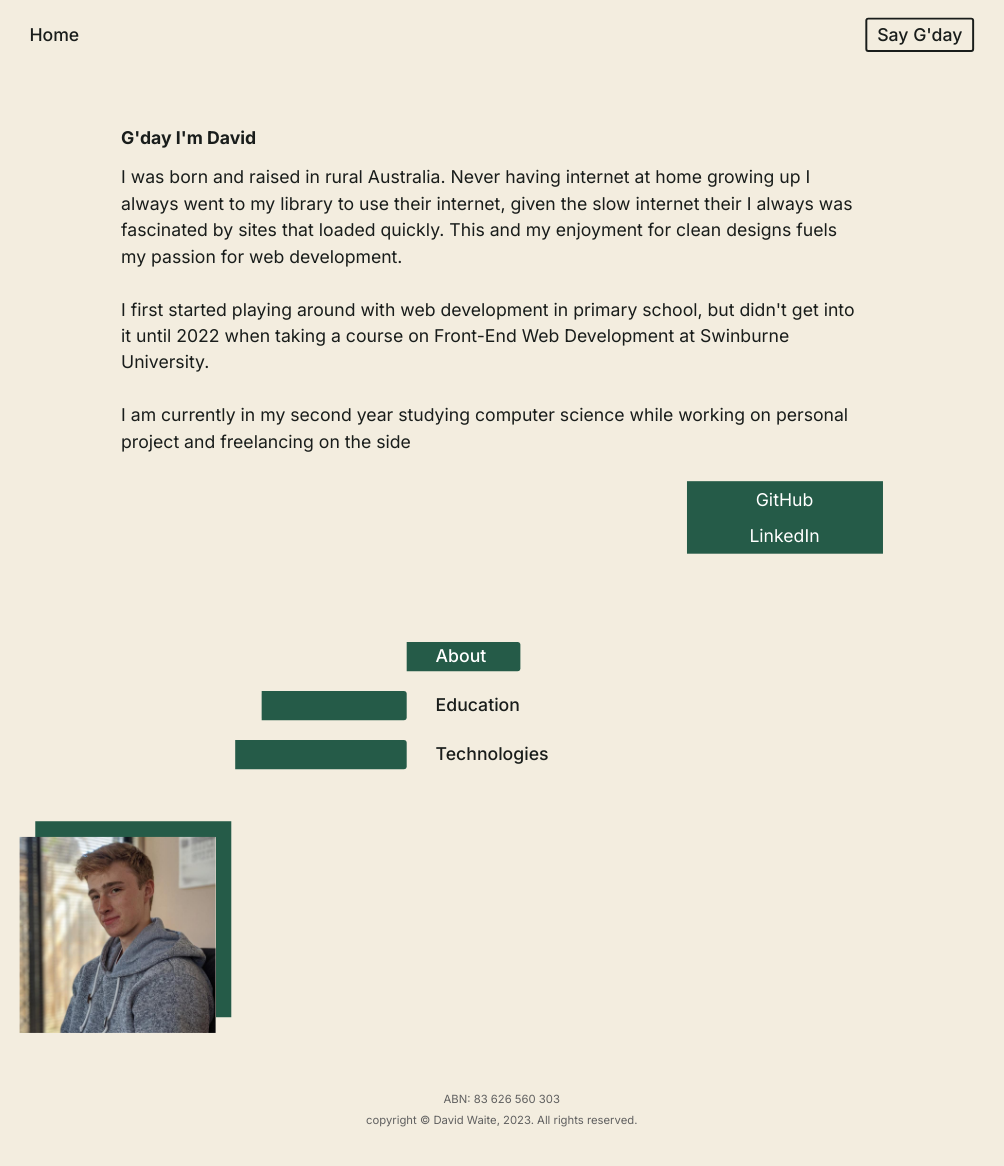
Repository: David-Waite/David-Waite-Portfolio
Page: /about
These files come from the project's save history. The page is drawn as it stood at one moment and after a run of saves; the edit follows.
The browser window is 1024 px wide. The pictures show the whole page, at 98% of full size.
The project was rebuilt for these pictures with package versions that can differ from the ones it lists, and the page was loaded fresh each time. The framework's server and built-in components were replaced by stand-ins that run in the browser. Also part of the build but not shown: next.config.js.

Above is the page before, as saved 2023-07-28 09:03:41.

### app/layout.tsx
import "./globals.css";
import type { Metadata } from "next";
import { Inter } from "next/font/google";
import NavBar from "./components/Nav/NavBar/NavBar";
import Footer from "./components/Footer/Footer";

const inter = Inter({ subsets: ["latin"] });

export const metadata: Metadata = {
  title: "David Waite | Web Developer",
  description: `David Waite. Web Developer. I like to create simple clean websites that gets the user to where they wanna go without the clutter.`,
  formatDetection: {
    telephone: false,
  },
};

export default function RootLayout({
  children,
}: {
  children: React.ReactNode;
}) {
  return (
    <html lang="en">
      <body className={inter.className}>
        <NavBar />
        <div className="content">{children}</div>

        <Footer />
      </body>
    </html>
  );
}

### app/about/page.tsx
import AboutMain from "../components/About/AboutMain";

import { Metadata, NextPage } from "next/types";

export const metadata: Metadata = {
  title: "David Waite | About ",
};

export default function About() {
  return (
    <div>
      <AboutMain />
    </div>
  );
}

### app/contact/send/route.ts
import mail from "@sendgrid/mail";
import { NextResponse } from "next/server";

// Create an api key in sendgrid and store someplace safe
mail.setApiKey(process.env.SENDGRID_API_KEY || "");

type ResponseData = {
  status?: string;
  message?: string;
};

export async function POST(request: Request) {
  let response: ResponseData = {};
  const body = await request.json();
  // I know the formData I sent in my request has name, email, and message fields so I'm just manually grabbing them to format a message
  const message = `
    Name: ${body.name}\r\n
    Email: ${body.email}\r\n
    Message: ${body.message}

  `;
  const data = {
    to: "davidwaite122@gmail.com",
    from: "davidwaiteportfolio@zohomail.com.au",
    subject: "Contact Message via Sendgrid",
    text: message,
    html: message.replace(/\r\n/g, "<br>"),
  };

  // Send the data and create a response object. I'm using status and message to display a success or fail notification in the UI
  await mail
    .send(data)
    .then(() => {
      response = {
        status: "success",
        message: "Your message was sent. I'll be in contact shortly.",
      };
    })
    .catch((error) => {
      response = {
        status: "error",
        message: `Message failed to send with error, ${error}`,
      };
    });

  return NextResponse.json(response);
}

### app/globals.css
:root {
  --primary: #255b48;
  --black: #191d1b;
  --background: #f3eddf;
  --white: #ffffff;
  --grey: #606060;
  --error: #a83c23;
}

.paragraph {
  font-size: 18px;
  font-style: normal;
  font-weight: 400;
  line-height: 25.2px;
  color: var(--black);
}

body {
  background-color: var(--background);
  min-height: 100vh;
  display: flex;
  flex-direction: column;
}

.content {
  min-height: calc(100vh - 186px);
}
* {
  padding: 0;
  margin: 0;
  box-sizing: border-box;
}

### app/components/Nav/NavBar/NavBar.tsx
"use client";
import NavButton from "../NavButton/NavButton";
import styles from "./navBar.module.css";
import { usePathname } from "next/navigation";

import Link from "next/link";

export default function NavBar() {
  const currentRoute = usePathname();

  return (
    <nav className={styles.container}>
      <Link
        className={styles.link}
        href={`./${currentRoute === "/" ? "about" : "/"}`}
      >
        {currentRoute === "/" ? "About" : "Home"}
      </Link>

      {currentRoute !== "/contact" && <NavButton />}
    </nav>
  );
}

### app/components/Footer/Footer.tsx
import styles from "./footer.module.css";

export default function Footer() {
  return (
    <footer className={styles.main}>
      <p>ABN: 83 626 560 303</p>
      <p>copyright © David Waite, 2023. All rights reserved.</p>
    </footer>
  );
}

### app/components/About/AboutMain.tsx
"use client";

import Image from "next/image";
import styles from "./About.module.css";

import { useState } from "react";
import Menu from "./Menu/Menu";

export default function AboutMain() {
  const [selected, setSelected] = useState({
    about: true,
    education: false,
    technologies: false,
  });

  function handleClick(select: string) {
    setSelected(() => {
      return {
        about: select === "about" ? true : false,
        education: select === "education" ? true : false,
        technologies: select === "technologies" ? true : false,
      };
    });
  }

  const AboutText = (
    <>
      <h1 id="aboutHeading">G&apos;day I&apos;m David</h1>
      <p className={styles.description}>
        I was born and raised in rural Australia. Never having internet at home
        growing up I always went to my library to use their internet, given the
        slow internet their I always was fascinated by sites that loaded
        quickly. This and my enjoyment for clean designs fuels my passion for
        web development.
        <br />
        <br /> I first started playing around with web development in primary
        school, but didn&apos;t get into it until 2022 when taking a course on
        Front-End Web Development at Swinburne University.
        <br />
        <br /> I am currently in my second year studying computer science while
        working on personal project and freelancing on the side
      </p>
    </>
  );

  const EducationText = (
    <>
      <h1 id="aboutHeading">My Education</h1>
      <ul className={`${styles.description} ${styles.descriptionList} `}>
        <li>
          CT50220 Dimploma of Information Technology (Front End Web Development)
          | 2022
        </li>
        <li>BA-CS Bachelor of Computer Science | 2023 - current</li>
        <li>Front end developer career path (72hrs) | Scrimba (online)</li>
        <li>
          React Native - The Practical Guide 2022 (26hrs) | Udemy (online)
        </li>
        <li>
          C# Basics for Beginners: Learn C# Fundamentals by Coding (6hrs) |
          Udemy (online)
        </li>
        <li>
          C# Intermediate: Classes, Interfaces and OOP (6hrs) | Udemy (online)
        </li>
      </ul>
    </>
  );
  const TechnologiesText = (
    <>
      <h1 id="aboutHeading">What I&apos;m confortable with</h1>
      <ul className={`${styles.description} ${styles.descriptionList} `}>
        <li>HTML</li>
        <li>CSS</li>
        <li>Next.Js</li>
        <li>Contentful</li>
        <li>React.Js</li>
        <li>JavaScript</li>
        <li>C#</li>
      </ul>
    </>
  );

  let textContent;

  if (selected.about) {
    textContent = AboutText;
  }
  if (selected.technologies) {
    textContent = TechnologiesText;
  }
  if (selected.education) {
    textContent = EducationText;
  }
  return (
    <main className={styles.container}>
      <Menu selected={selected} onClick={handleClick} mobile={false} />
      <div className={styles.content}>
        <div className={styles.textContainer}>
          <div className={styles.paragraphContainer}>{textContent}</div>
          <div className={`${styles.desktopLink} ${styles.links}`}>
            <a href="https://github.com/David-Waite" target="_blank">
              GitHub
            </a>
            <a href="www.linkedin.com/in/davidwaitedev" target="_blank">
              LinkedIn
            </a>
            {/* <a href="https://www.instagram.com/david__waite/" target="_blank">
              Instagram
            </a> */}
          </div>
        </div>
        <div className={styles.moblieLinkContainer}>
          <Menu selected={selected} onClick={handleClick} mobile={true} />
          <div className={`${styles.moblieLink} ${styles.links}`}>
            <a href="https://github.com/David-Waite" target="_blank">
              GitHub
            </a>
            <a href="www.linkedin.com/in/davidwaitedev" target="_blank">
              LinkedIn
            </a>
            {/* <a href="https://www.instagram.com/david__waite/" target="_blank">
            Instagram
          </a> */}
          </div>
        </div>
        <div className={styles.imageContainer}>
          <Image
            src="/aboutMe.jpg"
            fill={true}
            alt="David"
            priority
            blurDataURL="data:[embedded picture, 1451 characters]"
            placeholder="blur"
          />
        </div>
      </div>
    </main>
  );
}

### app/components/Nav/NavButton/NavButton.tsx
import styles from "./navButton.module.css";

import Link from "next/link";

export default function NavButton() {
  return (
    <Link className={styles.container} href={"./contact"}>
      Say G&apos;day
    </Link>
  );
}

### app/components/Nav/NavBar/navBar.module.css
.container {
  display: flex;
  align-items: center;
  justify-content: space-between;
  height: 70px;
  padding: 0 30px;
}

.link {
  color: var(--black);
  text-decoration: none;
  font-size: 18px;
  font-weight: 500;
  cursor: pointer !important;
}

.link:hover {
  color: var(--grey);
}

@media (max-width: 768px) {
  .container {
    padding: 0 20px;
  }
}
@media (max-width: 425px) {
  .link {
    font-size: 16px;
  }
}

### app/components/Footer/footer.module.css
.main {
  text-align: center;
  margin-top: 40px;
  margin-bottom: 40px;
  font-size: 11.52px;
  color: var(--grey);
  display: flex;
  flex-direction: column;
  gap: 8px;
}

### app/components/About/About.module.css
.container {
  display: flex;
  height: calc(100vh - 70px);
  width: 100%;
  align-items: center;
  justify-content: center;
}

.content {
  position: relative;
  display: flex;
  align-items: center;
  gap: 200px;
}
.imageContainer {
  position: relative;
  width: 440px;
  height: 440px;
  box-shadow: var(--primary) 16px -16px 0px 0px;
}

.descriptionList {
  margin-left: 32px;
  margin-right: -32px;
}
.content h1 {
  color: var(--black);
  font-size: 18px;
  font-weight: 700;
  margin-bottom: 16px;
}
.description {
  color: var(--black);
  font-size: 18px;
  font-weight: 400;
  height: 297px;
  width: 740px;

  line-height: 27px;
}

.links {
  margin-top: 24px;
  position: absolute;
  left: -56px;
  padding: 0 56px;
  background-color: var(--primary);
  display: flex;
  align-items: center;
  flex-direction: column;
}
.mobileLink {
  display: none;
}
.links a {
  cursor: pointer !important;
  color: var(--white);
  text-decoration: none;
  font-size: 18px;
  margin: 8px 0;
}

.container hr {
  width: 100%;
  display: none;
}
.links a:hover {
  color: var(--background);
}

.moblieLink {
  display: none;
}
@media (max-width: 2000px) {
  .content {
    gap: 100px;
  }
}
@media (max-width: 1850px) {
  .imageContainer {
    width: 350px;
    height: 350px;
  }
}

@media (max-width: 1750px) {
  .imageContainer {
    width: 350px;
    height: 350px;
    margin-right: -50px;
  }
}

@media (max-width: 1650px) {
  .description {
    width: 700px;
  }
}

@media (max-width: 1550px) {
  .imageContainer {
    margin-right: -100px;
    width: 300px;
    height: 300px;
  }
}

@media (max-width: 1450px) {
  .imageContainer {
    margin-right: -150px;
    width: 300px;
    height: 300px;
  }
}

@media (max-width: 1350px) {
  .content {
    gap: 50px;
  }
}
@media (max-width: 1250px) {
  .description {
    width: 625px;
  }
}

@media (max-width: 1200px) {
  .desktopLink {
  }
  .moblieLink {
    display: none;
  }
  .container {
    padding: 20px;
    margin-top: 40px;
    display: block;
    height: auto;
  }

  .description {
    margin-right: 16px;
    width: 100%;
    max-width: 761px;
    height: 300px;
  }
  .descriptionList {
    margin-left: 16px;
    margin-right: 0px;
  }
  .content {
    justify-content: space-between;
    flex-direction: column;
  }
  .imageContainer {
    min-width: 300px;
    margin-right: 0px;
    margin-top: 20px;
    width: 200px;
    height: 200px;
    min-width: 200px;
    align-self: flex-start;
  }
  .links {
    position: static;
    width: 200px;
    margin-left: auto;
  }
  .moblieLinkContainer {
    margin-top: 40px;
    display: flex;
  }
}

@media (max-width: 850px) {
  .description {
    height: 380px;
  }
}

@media (max-width: 768px) {
  .content {
    flex-direction: column-reverse;
    gap: 0px;
  }
  .imageContainer {
    align-self: center;
  }
  .description {
    height: auto;
  }
  .textContainer {
    align-self: flex-start;
  }
  .moblieLinkContainer {
    align-items: center;
    justify-content: space-between;
    width: 100vw;
    height: 134px;
    margin-bottom: 40px;
  }
  .links {
    margin: 0;
    margin-right: -20px;
    width: 100px;
  }
}

@media (max-width: 425px) {
  .links a,
  .content h1,
  .description {
    font-size: 16px;
  }
}

### app/components/About/Menu/Menu.tsx
"use client";
import styles from "./menu.module.css";

export default function Menu(props: {
  onClick: any;
  selected: any;
  mobile: boolean;
}) {
  function handleClick(select: string) {
    props.onClick(select);
  }

  const selectedBackground: any = {
    left: "0px",
  };
  const selectedP: any = {
    color: "white",
  };

  return (
    <div
      className={`${styles.menu} ${
        props.mobile === true ? styles.moblie : styles.desktop
      }`}
      id="menu"
    >
      <div
        className={`${styles.linkContainer} ${styles.about}`}
        onClick={() => handleClick("about")}
      >
        <div
          className={styles.aboutBackground}
          style={Object.assign(props.selected.about && selectedBackground)}
        ></div>
        <p style={Object.assign(props.selected.about && selectedP)}>About</p>
      </div>
      <br />
      <div
        className={`${styles.linkContainer} ${styles.education}`}
        onClick={() => handleClick("education")}
      >
        <div
          className={styles.educationBackground}
          style={Object.assign(props.selected.education && selectedBackground)}
        ></div>
        <p style={Object.assign(props.selected.education && selectedP)}>
          Education
        </p>
      </div>
      <br />
      <div
        className={`${styles.linkContainer} ${styles.technologies}`}
        onClick={() => handleClick("technologies")}
      >
        <div
          className={styles.technologiesBackground}
          style={Object.assign(
            props.selected.technologies && selectedBackground
          )}
        ></div>
        <p style={Object.assign(props.selected.technologies && selectedP)}>
          Technologies
        </p>
      </div>
    </div>
  );
}

### app/components/Nav/NavButton/navButton.module.css
.container {
  border: 2px solid var(--black);
  color: var(--black);
  font-weight: 500;
  border-radius: 3px;
  font-size: 18px;
  padding: 5px 10px;
  transition: 0.3s;
  text-decoration: none;
  cursor: pointer !important;
}

.container:hover {
  background-color: var(--primary);
  color: var(--white);
}

@media (max-width: 425px) {
  .container {
    font-size: 16px;
  }
}

### app/components/About/Menu/menu.module.css
.menu {
  position: absolute;
  left: 0;
  font-size: 18px;
  font-weight: 500;
}

.menu div {
  display: flex;
  align-items: center;
}

.linkContainer {
  position: relative;
}
.linkContainer p {
  position: relative;
  cursor: pointer !important;
  color: var(--black);
}

.aboutBackground,
.educationBackground,
.technologiesBackground {
  position: absolute;
  background-color: var(--primary);
  left: 0;
  height: 30px;
  border-radius: 0 3px 3px 0;
  transition: 0.3s ease-in;
}
.about {
  width: 116px;
}
.aboutBackground {
  width: 116px;
  left: -116px;
}
.about:hover .aboutBackground {
  left: 0;
}

.education {
  width: 148px;
}
.educationBackground {
  width: 148px;
  left: -148px;
}
.education:hover .educationBackground {
  left: 0;
}

.technologies {
  width: 175px;
}
.technologiesBackground {
  width: 175px;
  left: -175px;
}
.technologies:hover .technologiesBackground {
  left: 0;
}

.menu p {
  top: 0;
  padding: 4px 30px;

  transition: 0.3s;
}

.selected {
  border-radius: 0 3px 3px 0;
  color: var(--white);
  background: rgb(37, 91, 72);
}

.menu a {
  text-decoration: none;
}

.linkContainer p:hover {
  position: relative;
  color: var(--white);
}

.moblie {
  display: none;
}
@media (max-width: 1200px) {
  .menu {
    top: calc((100vh - 70px) / 2);
    z-index: 4;
  }
  .desktop {
    display: none;
  }

  .moblie {
    display: block;
    position: inherit;
    margin-left: -20px;
  }
}

After the next 2 saves:
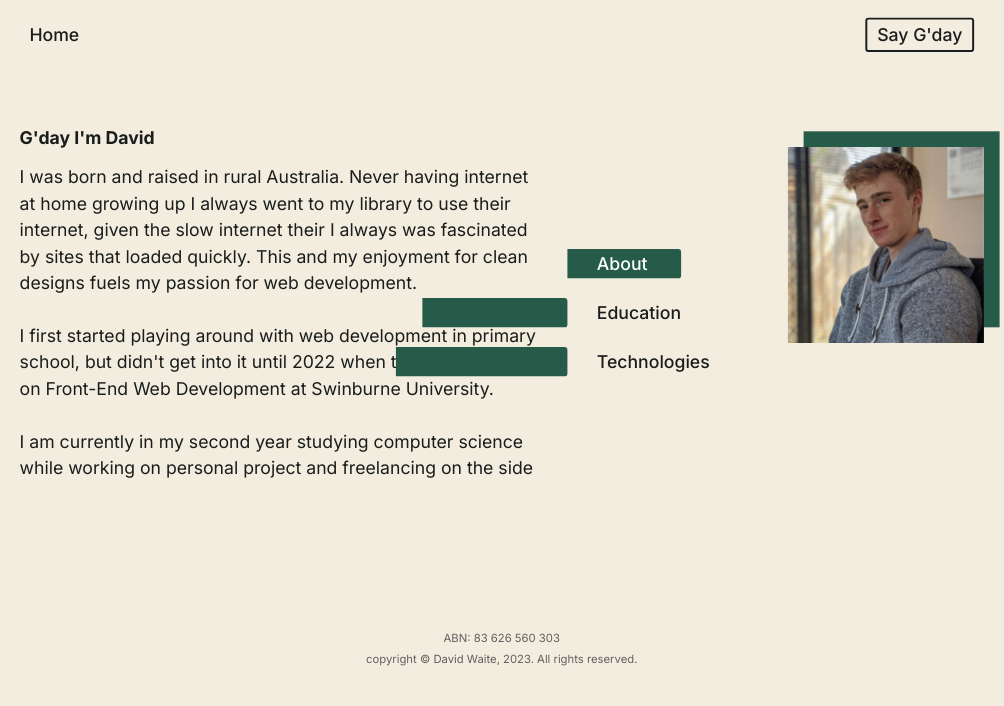
The 2 saves are shown as one change because they came seconds apart.
The last was saved 15 s later.
--- a/app/components/About/About.module.css
+++ b/app/components/About/About.module.css
@@ -126,6 +126,7 @@
 
 @media (max-width: 1200px) {
   .desktopLink {
+    display: none;
   }
   .moblieLink {
     display: none;
@@ -149,7 +150,6 @@
   }
   .content {
     justify-content: space-between;
-    flex-direction: column;
   }
   .imageContainer {
     min-width: 300px;
